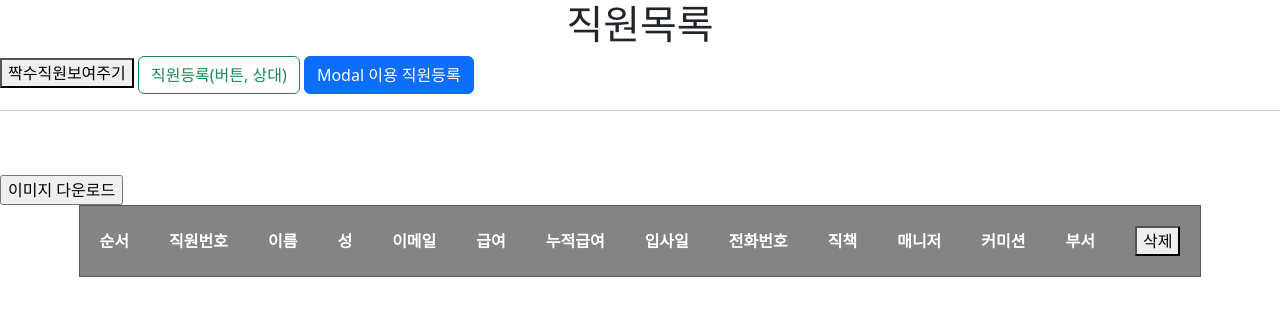
Repository: leessol/spring1
Page: http://localhost/springMVCProject/WEB-INF/views/emp/empSelect.jsp
These files come from the project's save history. The page is drawn as it stood at one moment and after the next save; the edit follows.
The browser window is 1280 px wide. The pictures show the whole page.
The page is served by Tomcat 9. Nobody is signed in. Other server files are loaded and not shown. The template is opened directly, without the code that normally fills it, so the values that code supplies are empty.

Above is the page before, as saved 2023-05-08 03:25:00.

### springMVCProject/src/main/webapp/WEB-INF/views/emp/empSelect.jsp

<%@page import="com.shinhan.vo.EmpVO"%>
<%@page import="java.util.List"%>
<%@ page language="java" contentType="text/html; charset=UTF-8"
	pageEncoding="UTF-8"%>
<%@ taglib prefix="c" uri="http://java.sun.com/jsp/jstl/core"%>
<c:set var="path" value="${pageContext.request.contextPath }" />
<%@ taglib prefix="fmt" uri="http://java.sun.com/jsp/jstl/fmt"%>

<!-- 문자열 함수 라이브러리 사용하기 -->
<%@ taglib prefix="fn" uri="http://java.sun.com/jsp/jstl/functions"%>
<%
//자바를 다 없애야하는데 view에서 아래의 문법은 어쩔 수 없다.
//형변환 해야한다. 왜냐면 오르쪽은 그냥 object 타입이어서. (object(부모)에서 자식으로 강제 형변환)
//view이다 자바를 하면 안된다. --> 원래는 html만 있어야 한다.
//MVC1모델 servlet(controller)가 view를 안 거치고 바로 client에 뿌려주는 것이다. 이렇게 하면 안됨.
//List<EmpVO> empList = (List<EmpVO>) request.getAttribute("empAll");//request.setAttribute("empAll", emplist); 서블릿 페이지에서 세팅을 한것을 받는 것이다.
%>
<!DOCTYPE html>
<html>
<head>
<meta charset="UTF-8">
<title>Insert title here</title>

<%@ include file="../common/commonfiles.jsp"%>
<style>
#container {

}

table {
	border: 1px solid #585858;
	margin: 0 auto;
}

h1 {
	font-size: 20;
	text-align: center;
}

th, td {
	padding: 20px;
	text-align: center;
}

th {
	color: white;
}

td {
	background-color: #F2F2F2;
}

tr th {
	background-color: #848484;
}
</style>

<script>
	$(function() {
		$(".btnDel").on("click", function() {
			console.log("Sss");
			location.href = "${path}/emp/empDelete.do?empid=" + $(this).attr("data-del"); //get 방식
		});
	});

	$(function() {
		$("thead tr th").click(function(e) {
			//내가 클릭한 th가 몇번째인가?
			var trNum = $(this).closest("th").prevAll().length;
			console.log(trNum);
			var a = $("tbody tr").each(function(index, item) {
				var col = $(item).find("td:nth-child(" + (trNum + 1) + ")");
				console.dir(col);
				//되돌리기(기존선택을 clear)
				$(item).find("td").css("background-color", "white");
				//신규선택의 색깔 바꾸기
				$(col).css("background-color", "orange");
			});
		});
	});

	$(function() {
		$("#my1").click(
				function() {
					$("tbody").each(
							function(index, item) {
								//$(item).css("background-color", "red");
								$(item).find("tr:nth-child(2n+1)").css(
										"background-color", "green");
								//$(item).find("td").css("background-color", "green");
							});

				});

		//#container > table > tbody > tr:nth-child(1) > td:nth-child(2)
	});
</script>
</head>
<body>
	<div id="container">
		<h1>직원목록</h1>
		<!-- include 지시자: 합쳐서 컴파일한다. include 디렉티브는 소스를 합쳐서 컴파일한다.  -->
		<%-- <%@ include file="../common/header.jsp" %> --%>
		<!-- include action tag 이용: 컴파일하고 합침 -->

		<button id="my1">짝수직원보여주기</button>
		<button onclick="location.href='${path}/emp/empinsert.do'"
			type="button" class="btn btn-outline-success">직원등록(버튼, 상대)</button>
		<button type="button" class="btn btn-primary" data-bs-toggle="modal"
			data-bs-target="#exampleModal" data-bs-whatever="@mdo">Modal
			이용 직원등록</button>

		<hr>

		<form method="post" action="${path }/downloadTest/result.jsp">
			<!-- 이름이 가는 것이다.  -->
			<input type=hidden name="param1" value="watch.jpg" /> <br> <input
				type=hidden name="param2" value="umbrella.jpg" /> <br> <input
				type="submit" value="이미지 다운로드">
		</form>


		<table>
			<thead>
				<tr>
					<th>순서</th>
					<th>직원번호</th>
					<th>이름</th>
					<th>성</th>
					<th>이메일</th>
					<th>급여</th>
					<th>누적급여</th>
					<th>입사일</th>
					<th>전화번호</th>
					<th>직책</th>
					<th>매니저</th>
					<th>커미션</th>
					<th>부서</th>
					<th><button>삭제</button></th>
				</tr>
			</thead>
			<tbody>
				<!--
						<향상된 forEach>
						--for(EmpVO emp: empAll) //이것이랑 같은 의미
				-->
				<c:set var="totalSalary" value="0"></c:set>
				<c:forEach items="${empAll}" var="emp" varStatus="status">
					<c:set var="totalSalary" value="${totalSalary+emp.salary}"></c:set>
					<tr>
						<td
							style="background-color:${status.first||status.last?'orange':'pink'};">${status.count}</td>
						<td><a
							href="${path}/emp/empDetail.do?empid=${emp.employee_id}">${emp.employee_id}</a></td>
						<td><a
							style="color:${fn:length(emp.first_name)>3?'red':'blue'};"
							href="${path}/emp/empDetail.do?empid=${emp.employee_id}">${emp.first_name}</a></td>
						<td>${emp.last_name}</td>
						<td>${emp.email}${fn:substring(emp.email,0,3)}**
							${fn:indexOf(emp.email,"@")}**
							${fn:indexOf(emp.email,"@")>=0?fn:substring(emp.email,0,3):emp.email}
							<%-- ${fn:substring(emp.email,0,${fn:emp.email.indexOf("@")>0?emp.email.indexOf("@"):emp.email.length()})} --%>
						</td>
						<td>${totalSalary}</td>
						<td><fmt:formatNumber value="${emp.salary}"
								groupingUsed="true"></fmt:formatNumber></td>
						<td><fmt:formatDate value="${emp.hire_date}"
								pattern="yyyy/MM/dd" /></td>

						<td>${emp.phone_number}</td>
						<td>${emp.job_id}</td>
						<td>${emp.manager_id}</td>
						<td>${emp.commission_pct}</td>
						<td><fmt:formatNumber type="percent"
								value="${emp.commission_pct}"></fmt:formatNumber></td>
						<td>${emp.department_id}</td>
						<td><button class="btnDel" data-del="${emp.employee_id}">삭제</button></td>
					</tr>

				</c:forEach>


				<%-- <%
				for (EmpVO emp : empList) {
				%>
				<tr>
					<td><a href="empDetail.do?empid=<%=emp.getEmployee_id()%>"><%=emp.getEmployee_id()%></a></td>
					<td><a href="empDetail.do?empid=<%=emp.getEmployee_id()%>"><%=emp.getFirst_name()%></a></td>
					<td><%=emp.getLast_name()%></td>
					<td><%=emp.getEmail()%></td>
					<td><%=emp.getSalary()%></td>
					<td><%=emp.getHire_date()%></td>
					<td><%=emp.getPhone_number()%></td>
					<td><%=emp.getJob_id()%></td>
					<td><%=emp.getManager_id()%></td>
					<td><%=emp.getCommission_pct()%></td>
					<td><%=emp.getDepartment_id()%></td>
					<td><button class="btnDel" data-del="<%=emp.getEmployee_id()%>">삭제</button></td>

				</tr>
				<%
				}
				%> --%>
			</tbody>
		</table>
	</div>
</body>
</html>

### springMVCProject/src/main/webapp/WEB-INF/views/common/commonfiles.jsp
<%@ page language="java" contentType="text/html; charset=UTF-8"
    pageEncoding="UTF-8"%>
<meta name="viewport" content="width=device-width, initial-scale=1">
<link
href="https://cdn.jsdelivr.net/npm/bootstrap@5.2.3/dist/css/bootstrap.min.css"
rel="stylesheet">
<script
src="https://cdn.jsdelivr.net/npm/bootstrap@5.2.3/dist/js/bootstrap.bundle.min.js"></script>
<script src="https://ajax.googleapis.com/ajax/libs/jquery/3.6.3/jquery.min.js"></script>

After the next save:
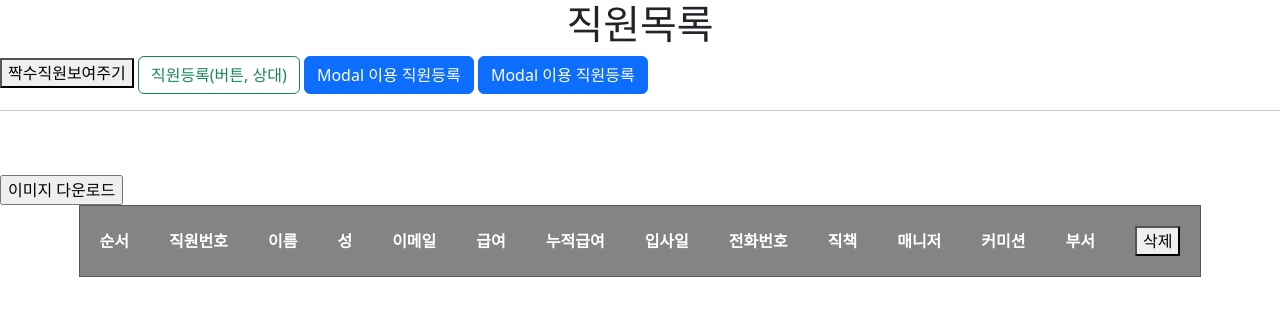
Saved 5 s later.
--- a/springMVCProject/src/main/webapp/WEB-INF/views/emp/empSelect.jsp
+++ b/springMVCProject/src/main/webapp/WEB-INF/views/emp/empSelect.jsp
@@ -107,6 +107,9 @@ tr th {
 		<button id="my1">짝수직원보여주기</button>
 		<button onclick="location.href='${path}/emp/empinsert.do'"
 			type="button" class="btn btn-outline-success">직원등록(버튼, 상대)</button>
+		<button type="button" class="btn btn-primary" data-bs-toggle="modal"
+			data-bs-target="#exampleModal" data-bs-whatever="@mdo">Modal
+			이용 직원등록</button>
 		<button type="button" class="btn btn-primary" data-bs-toggle="modal"
 			data-bs-target="#exampleModal" data-bs-whatever="@mdo">Modal
 			이용 직원등록</button>
